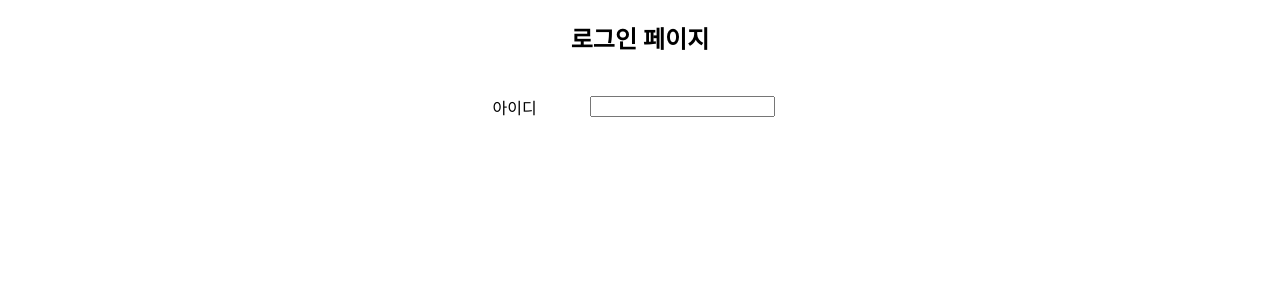
Repository: kdw1437/CreateBoardProject
Page: http://localhost/JSP2/RequestLogin.jsp
The author's editor kept a copy of each file at every save. The page is drawn from the files as they stood at one save, then again after the next save.
The browser window is 1280 px wide. The pictures show the whole page.
The page is served by Tomcat 9.

Above is the page before, as saved 2024-08-05 08:31:55.

After the next save:
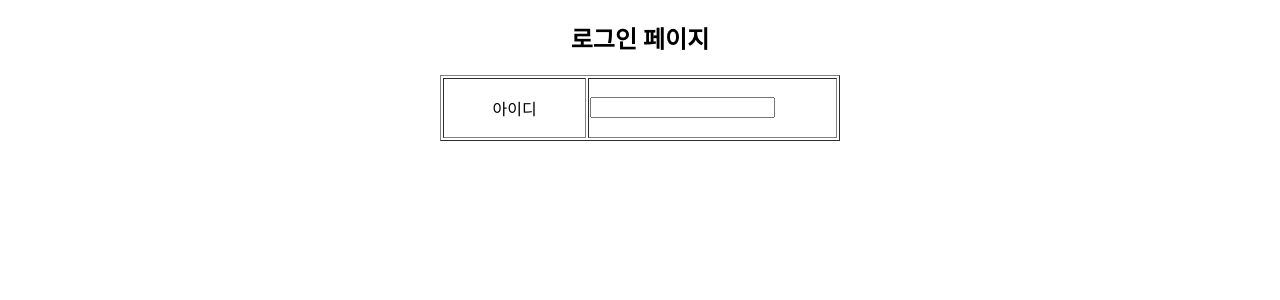
Saved 79 s later.
--- a/JSP2/src/main/webapp/RequestLogin.jsp
+++ b/JSP2/src/main/webapp/RequestLogin.jsp
@@ -12,7 +12,7 @@
 	<h2> 로그인 페이지</h2>
 
 	<form action="RequestLoginProc.jsp" method="get">
-	<table width="400">
+	<table width="400" border="1">
 	<tr height="60">
 		<td align="center" width=150"> 아이디 </td>
 		<td align="left" width="250">
